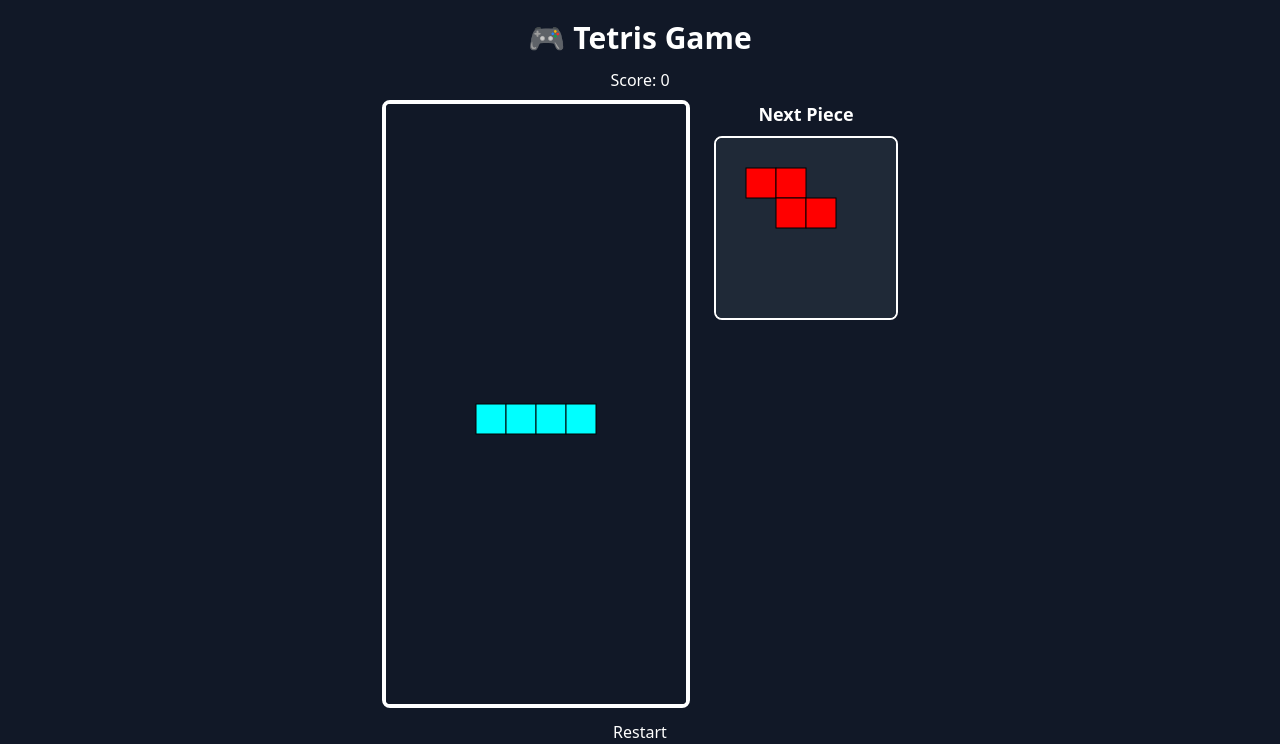
Repository: DevisWisley/tetris-react
Page: /
An editor plug-in stored every save of this project. The page is shown before and after the next save, followed by the edit.
The browser window is 1280 px wide. The pictures show the whole page.
Some web libraries are served in a nearby version. The project was rebuilt for these pictures with package versions that can differ from the ones it lists, and the page was loaded fresh each time. Some packages were replaced by stand-ins written for this rebuild. Also part of the build but not shown: vite.config.ts.

Above is the page before, as saved 2025-08-13 16:14:19.

After the next save:
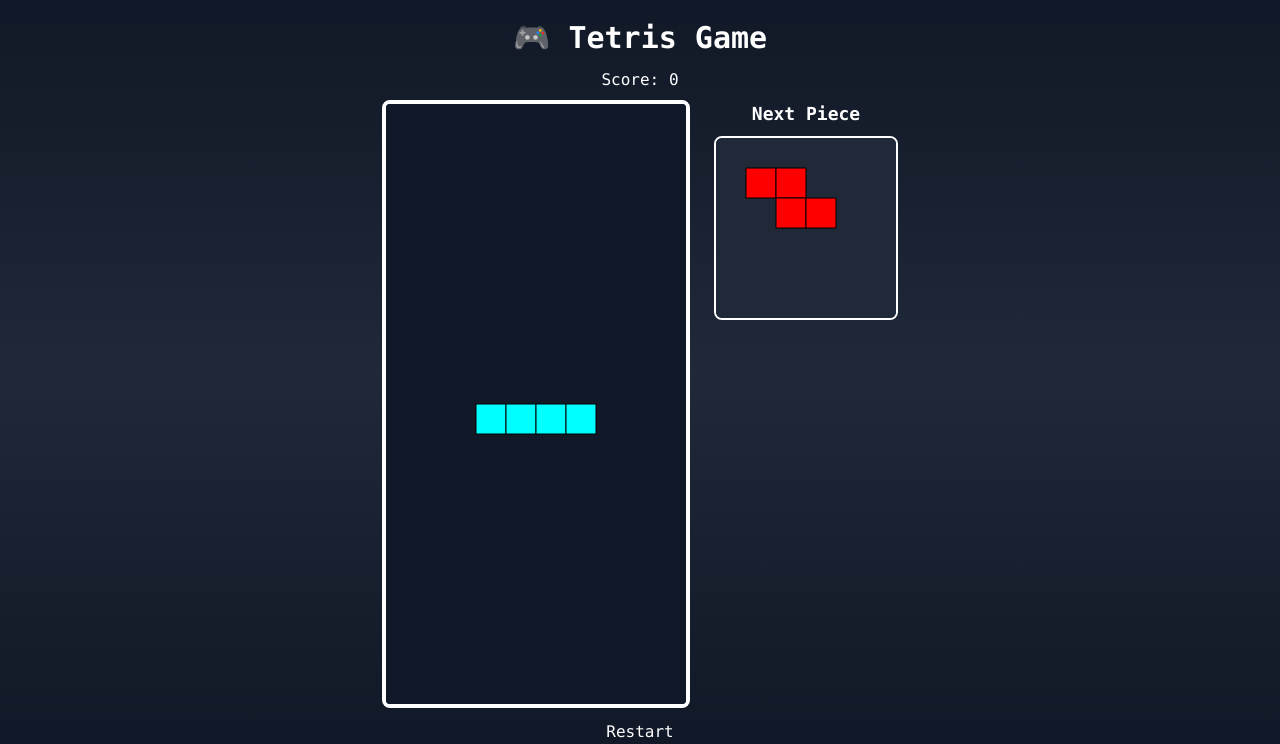
Saved 69 s later.
--- a/index.html
+++ b/index.html
@@ -1,13 +1,13 @@
-<!doctype html>
+<!DOCTYPE html>
 <html lang="en">
-  <head>
-    <meta charset="UTF-8" />
-    <meta name="viewport" content="width=device-width, initial-scale=1.0" />
-    <title>Tetris Game</title>
-    <script src="https://cdn.tailwindcss.com"></script>
-  </head>
-  <body class="bg-gray-900 text-white">
-    <div id="root"></div>
-    <script type="module" src="/src/main.tsx"></script>
-  </body>
+<head>
+  <meta charset="UTF-8" />
+  <meta name="viewport" content="width=device-width, initial-scale=1.0" />
+  <title>Tetris Game</title>
+  <script src="https://cdn.tailwindcss.com"></script>
+</head>
+<body class="bg-gradient-to-b from-gray-900 via-gray-800 to-gray-900 text-white font-mono">
+  <div id="root"></div>
+  <script type="module" src="/src/main.tsx"></script>
+</body>
 </html>
